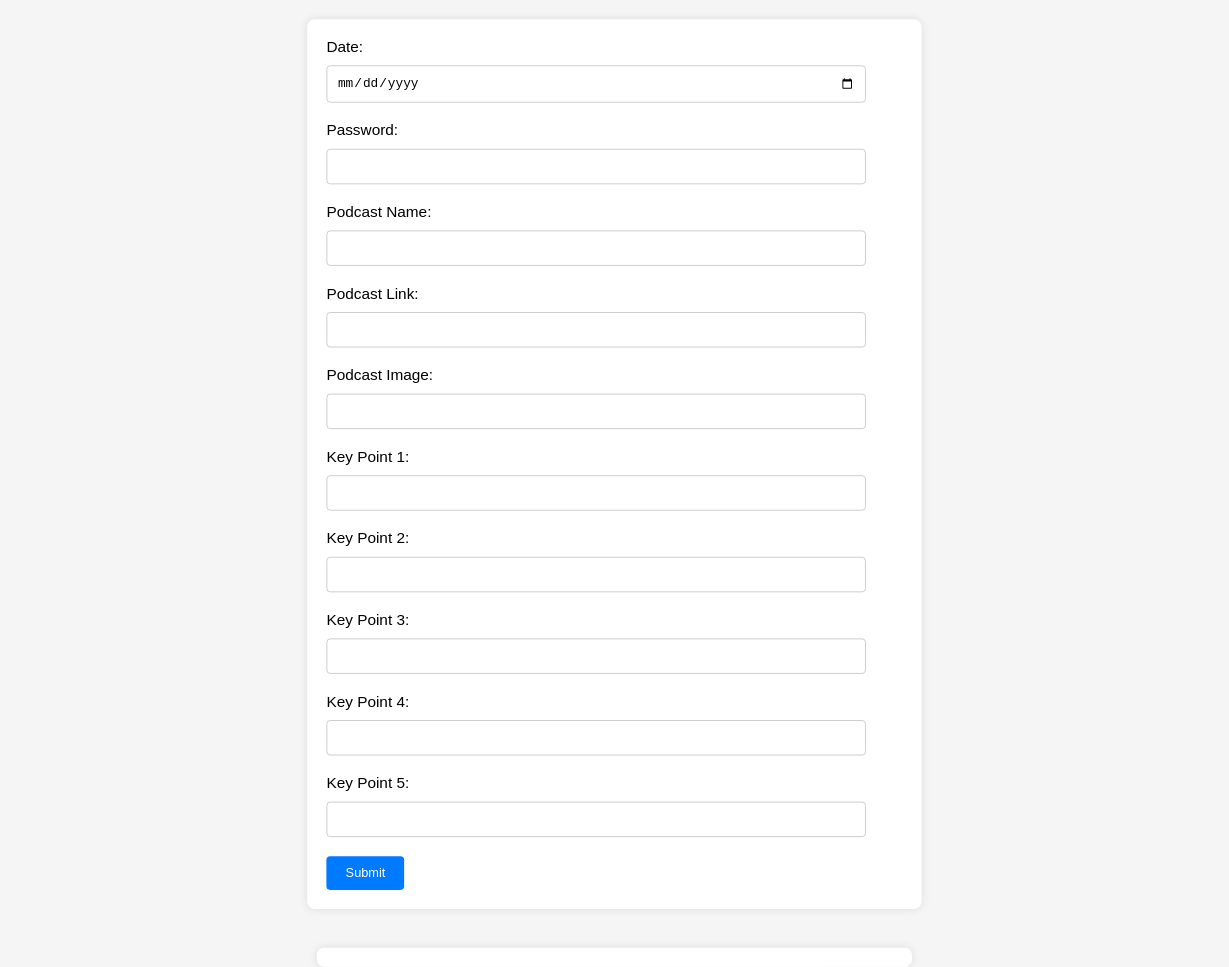
Repository: fechinmitchell/thedailyonepercent
Page: form.html
The author's editor kept a copy of each file at every save. The page is drawn from the files as they stood at one save, then again after the next save.
The browser window is 1280 px wide. The pictures show the whole page, at 96% of full size.

Above is the page before, as saved 2023-06-25 22:05:57.

After the next save:
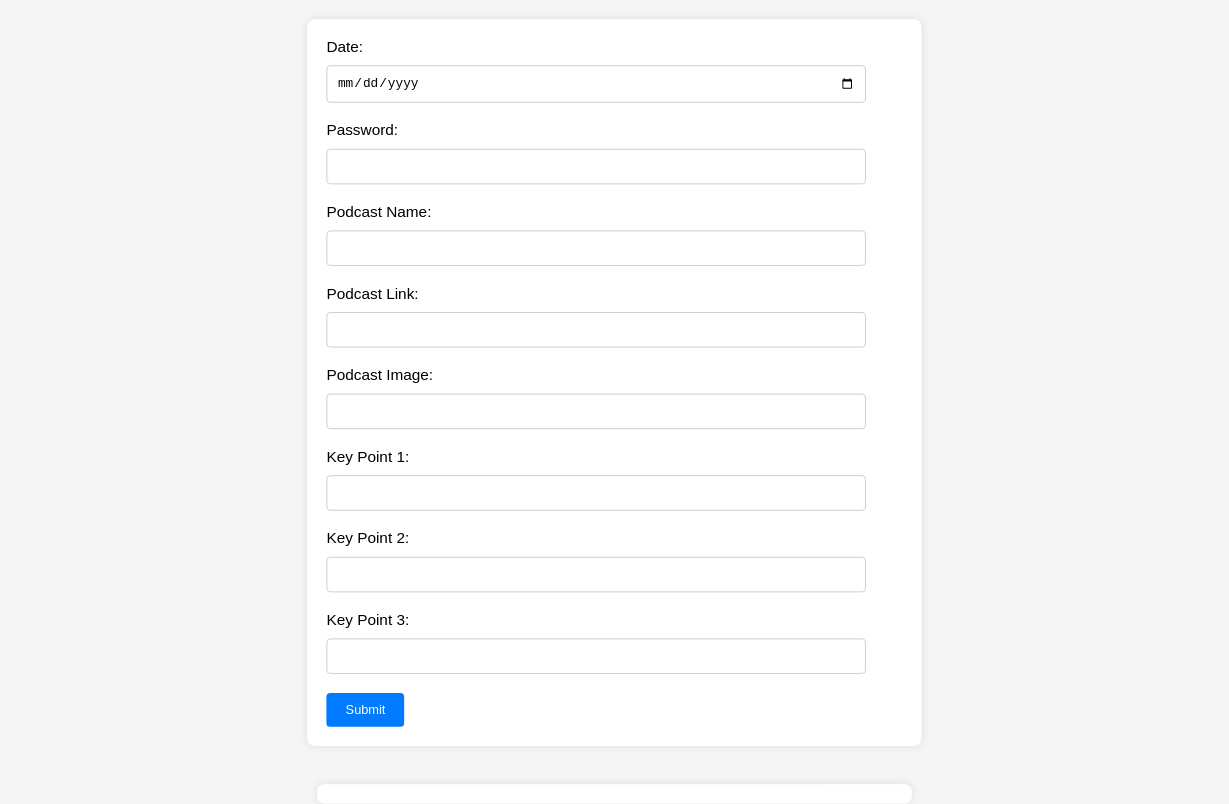
Saved 14 s later.
--- a/form.html
+++ b/form.html
@@ -30,12 +30,6 @@
       <label for="point3">Key Point 3:</label>
       <input type="text" id="point3" name="point3" required>
 
-      <label for="point4">Key Point 4:</label>
-      <input type="text" id="point4" name="point4" required>
-
-      <label for="point5">Key Point 5:</label>
-      <input type="text" id="point5" name="point5" required>
-
       <button type="button" id="submit">Submit</button>
     </form>
   </div>
